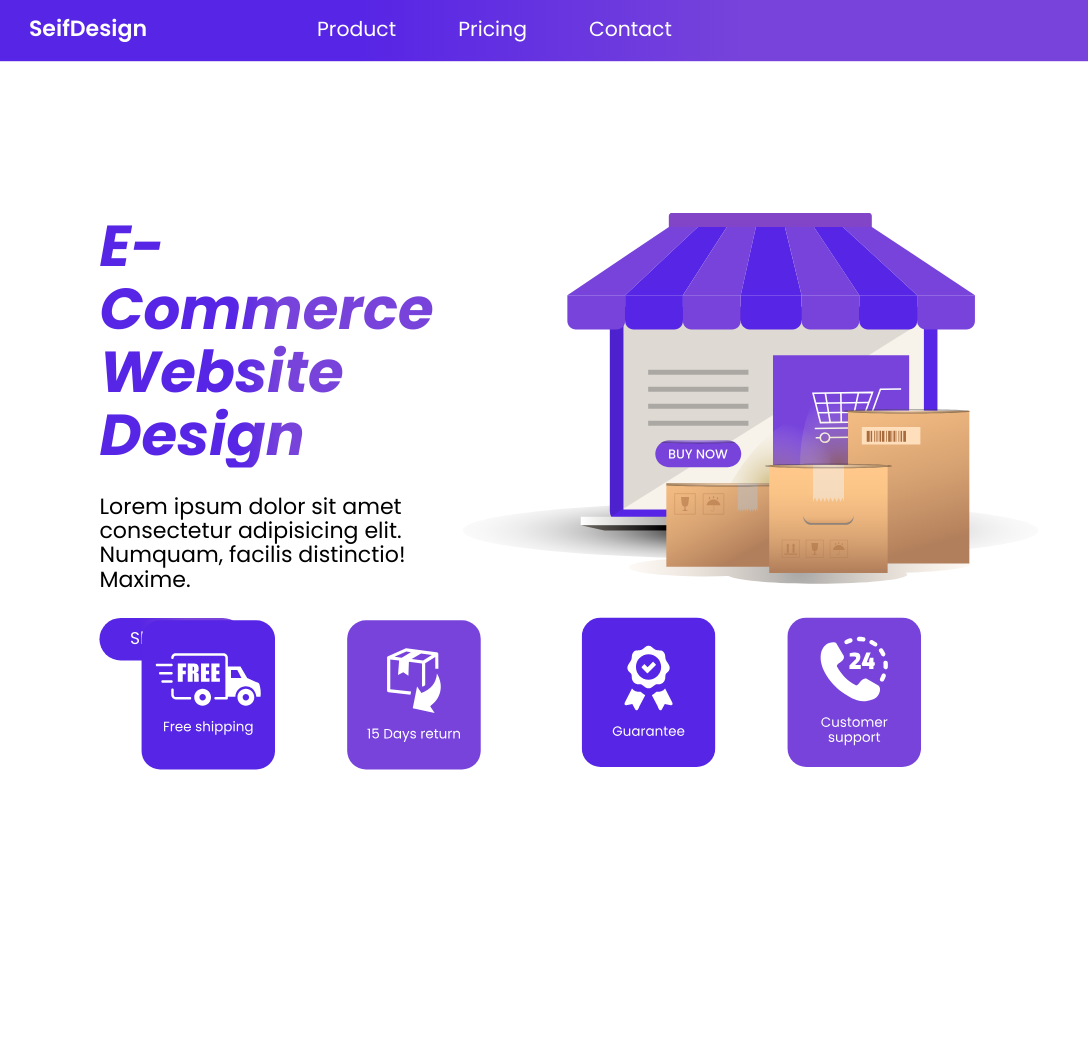
Repository: NatiqSamiyev/commers-desing-JS
Page: index.html
An editor plug-in stored every save of this project. The page is shown before and after the next save, followed by the edit.
The browser window is 1280 px wide. The pictures show the whole page, at 85% of full size.
Some web fonts or font styles are not loaded; a fallback is used.

Above is the page before, as saved 2023-11-06 11:31:01.

### index.html
<!DOCTYPE html>
<html lang="en">
  <head>
    <meta charset="UTF-8" />
    <meta name="viewport" content="width=device-width, initial-scale=1.0" />
    <title>Document</title>
    <link rel="stylesheet" href="index.css" />
  </head>
  <body>
    <div class="commerse-design-container">
      <div class="top-container">
        <h1>SeifDesign</h1>

        <nav>
          <ul>
            <li>
              <a href="#">Product</a>
            </li>
            <li>
              <a href="#">Pricing</a>
            </li>
            <li>
              <a href="#">Contact</a>
            </li>
          </ul>
        </nav>


      </div>

      <main>
        <div class="image-container">
          <div class="box-1">
            <h2>E-Commerce Website Design</h2>
            <p>
              Lorem ipsum dolor sit amet consectetur adipisicing elit. Numquam,
              facilis distinctio! Maxime.
            </p>
            <button>
              <a href="#">Shop now</a>
            </button>
          </div>

          <div class="box-2">
            <img src="./image/Group.svg" alt="" />
          </div>
        </div>


        <div class="bottom-container">
          <div class="box-1">
            <img src="./image/Frame 12.svg" alt="" />
            <img src="./image/Frame 11.svg" alt="" />
          </div>
         <div class="box-2">
          <img src="./image/Frame 10.svg" alt="" />
          <img src="./image/Frame 13.svg" alt="" />
         </div>

        </div>
      </main>


  </body>
  <script src="./index.js"></script>
</html>

### index.css
@import url("https://fonts.googleapis.com/css2?family=Epilogue:wght@400;600;700;800;900&family=Inter:wght@400;500;600;700&family=Laila:wght@700&family=Open+Sans:wght@400;600;700;800&family=Poppins:ital,wght@0,400;0,500;0,600;0,700;1,700&family=Roboto+Slab:wght@700&family=Roboto:wght@400;700;900&display=swap");

* {
  margin: 0;
  padding: 0;
  box-sizing: border-box;
}

.commerse-design-container {
  width: 100%;
  padding: 0 0 33px 0;
  min-height: 100vh;
}

.top-container {
  width: 100%;
  padding: 16px 0 21px 34px;
  height: 72px;
  display: flex;
  justify-content: flex-start;
  align-items: center;
  background: linear-gradient(270deg, #7743db 31.64%, #5725e5 66.78%);
}

.top-container h1 {
  color: #fff;
  font-family: Poppins;
  font-size: 26px;
  font-style: normal;
  font-weight: 600;
  line-height: normal;
}

.top-container nav {
  margin-left: 200px;
}

.top-container nav ul {
  display: flex;
}

.top-container nav ul li {
  margin-right: 73px;
  list-style-type: none;
}

.top-container nav ul li a {
  text-decoration: none;
  color: #fff;
  text-align: center;
  font-family: Poppins;
  font-size: 24px;
  font-style: normal;
  font-weight: 300;
  line-height: normal;
}

.top-container form {
  display: none;
}

main {
  width: 100%;
  padding: 80px 83px;

}
main .image-container{
  margin-top: 98px;
  margin-bottom: 24px;
  display: flex;
  justify-content: space-between;
}

 .box-1 {
  padding: 3px 34px;
  height: 403px;
}

.box-1 h2 {
  margin-bottom: 32px;
  font-family: Poppins;
  font-size: 68px;
  font-style: italic;
  font-weight: 700;
  line-height: 109%;
  background: linear-gradient(268deg, #7743db 46.2%, #5725e5 59.09%);
  background-clip: text;
  -webkit-background-clip: text;
  -webkit-text-fill-color: transparent;
}

.box-1 p {
  margin-bottom: 32px;
  color: #000;
  font-family: Poppins;
  font-size: 26px;
  font-style: normal;
  font-weight: 300;
  line-height: 109%;
}

.box-1 button {
  width: 170px;
  height: 50px;
  padding: 0px 24px;
  display: flex;
  justify-content: center;
  align-items: center;
  gap: 10px;
  border-radius: 25px;
  background: linear-gradient(263deg, #7743db 38.81%, #5725e5 70.24%);
  border: none;
}

.box-1 button a {
  text-decoration: none;
  color: #fff;
  font-family: Poppins;
  font-size: 20px;
  font-style: normal;
  font-weight: 400;
  line-height: 109%;
}

.box-2 img {
  width: 677.61px;
  height: 437.417px;
}

.bottom-container {
  display: flex;
  justify-content: center;
}

.bottom-container img {
  margin-right: 64px;
  width: 178px;
  height: 199px;
  padding: 10px;
  border-radius: 25px;
}
.bottom-container .box-1{
  display: flex;
}

.bottom-container .box-2{
  display: flex;
}
/* mobile design */

@media screen and (max-width: 768px) {
  .commerse-design-container {
    background-color: #ececec;
  }

  .top-container {
    padding: 17.5px 20px;
    justify-content: space-between;
  }

  .top-container h1 {
    font-size: 18px;
  }

  .top-container nav {
    display: none;
  }

  .top-container form {
    width: 37px;
    display: flex;
    flex-direction: column;
  }

  .top-container form label {
    height: 10px;
  }

  .top-container form input {
    width: 37px;
    height: 5px;
    margin-bottom: 2px;
    border-radius: 3px;
    border: none;
  }

  main {
    margin-top: 111px;
    margin-bottom: 0;
    padding: 0;
    display: flex;
    flex-direction: column-reverse;
    align-items: center;
  }

  .box-2 {
    margin-bottom: 29px;
    display: flex;
    justify-content: center;
    align-items: center;
  }

  .box-2 img {
    width: 352px;
    height: 256.511px;
  }

  .box-1 {
    width: 100%;
    padding: 0;
    height: 312px;
    display: flex;
    justify-content: center;
    flex-direction: column;
    align-items: center;
  }

  .box-1 h2 {
    width: 390px;
    text-align: center;
    font-size: 40px;
  }

  .box-1 p {
    width: 332px;
    text-align: center;
    font-size: 20px;
  }

  .bottom-container {
    margin: auto;
    width: 345px;
    margin-top: 46px;
    display: flex;
    height: 431px;
    flex-direction: column;
    justify-content: center;
    align-items: center;
    gap: 20px;
    flex-wrap: wrap;
  }

  .bottom-container img {
    width: 160px;
    height: 180px;
    padding: 0;
    margin-right: 0;
  }

  .box-1 button {
    margin-bottom: 0;
  }
}

Loaded but not shown: index.js (no stored copy; drawn as an empty file)

After the next save:
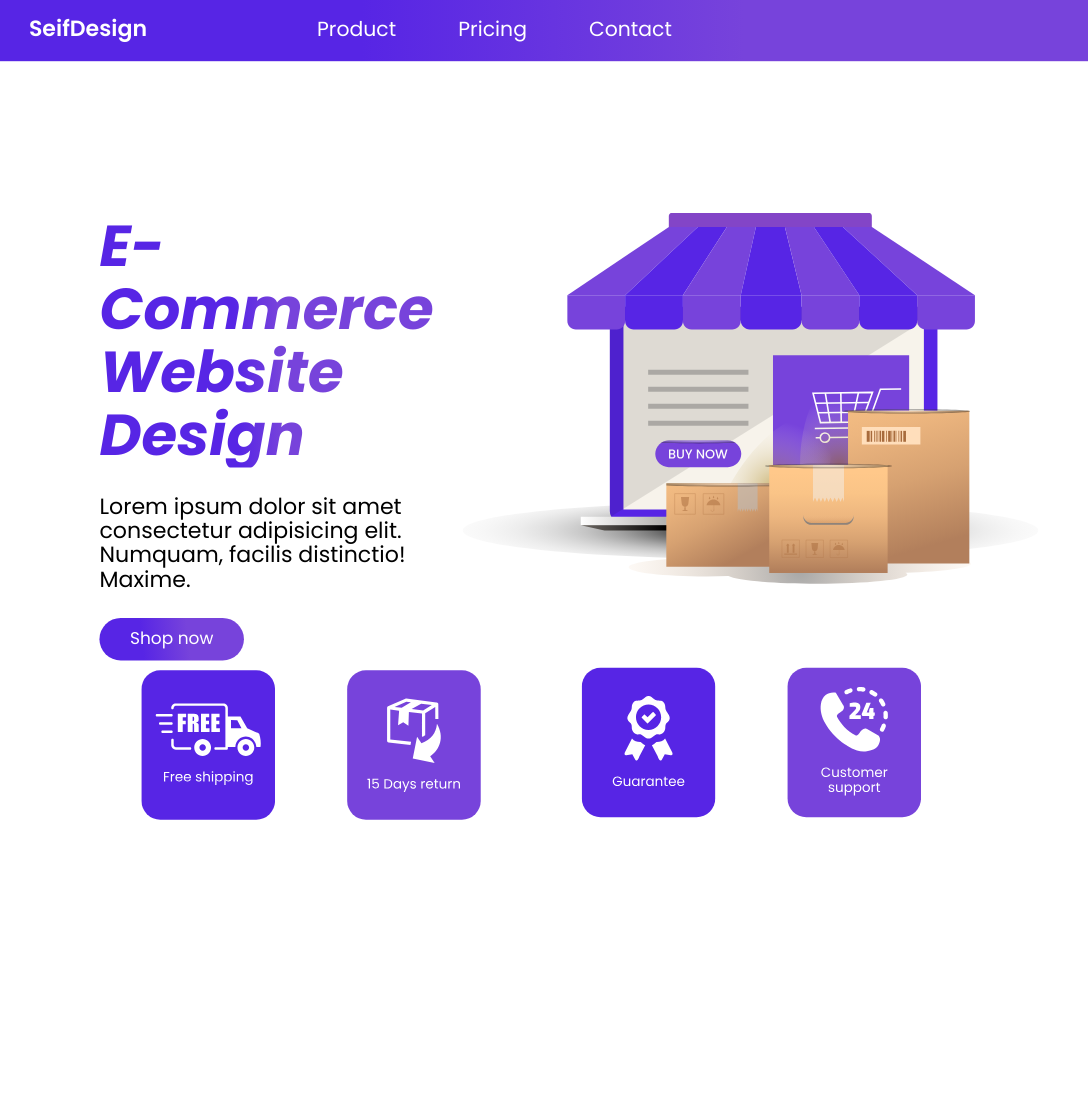
Saved 27 s later.
--- a/index.css
+++ b/index.css
@@ -66,7 +66,7 @@ main {
 }
 main .image-container{
   margin-top: 98px;
-  margin-bottom: 24px;
+  margin-bottom: 83px;
   display: flex;
   justify-content: space-between;
 }
